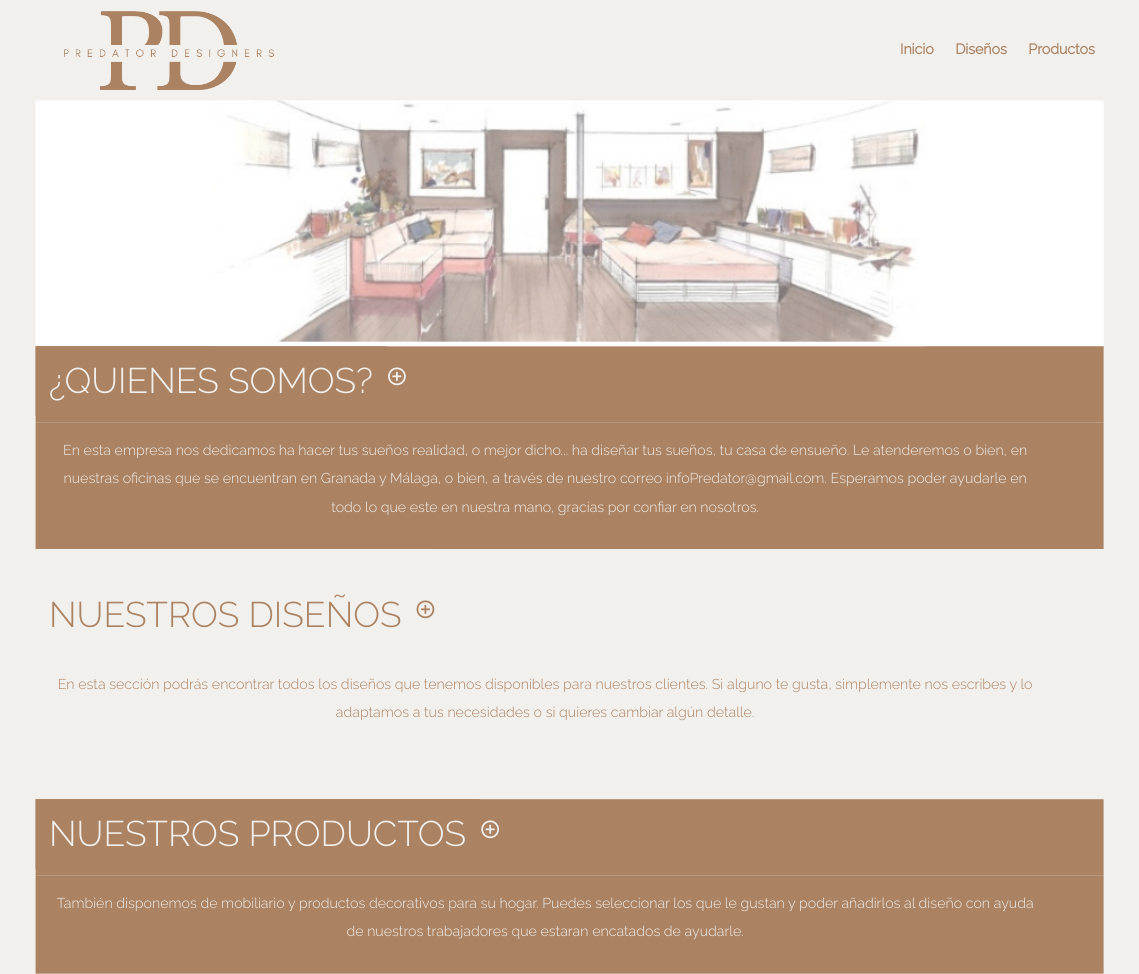
Repository: OmarDvd/proyectoDisenoInterior
Page: index.html
The author's editor kept a record of every edit. The page is drawn from the files as they stood at one moment, then again after the next edit.
The browser window is 1280 px wide. The pictures show the whole page, at 89% of full size.

Above is the page before.

After the next edit:
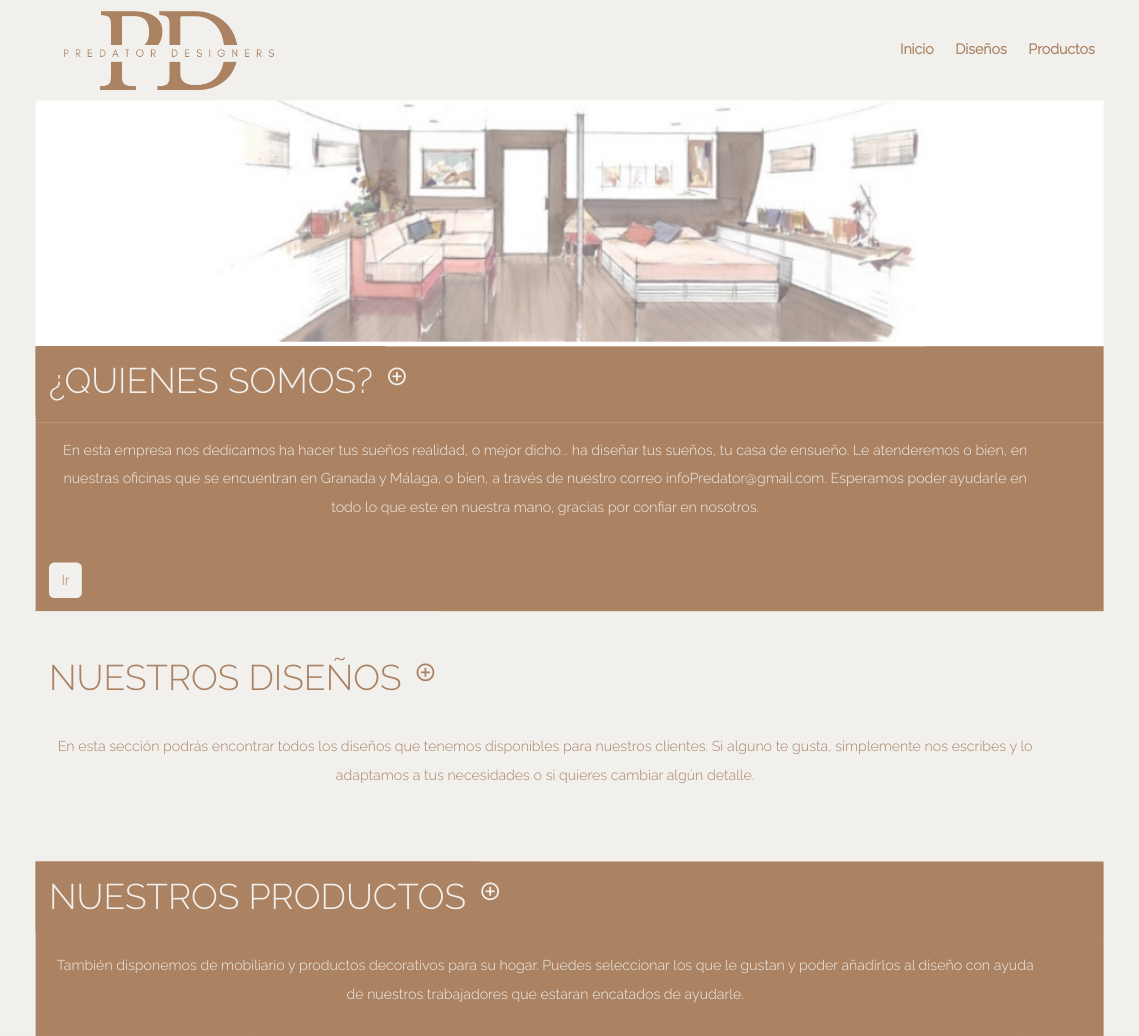
The edit:
--- a/index.html
+++ b/index.html
@@ -41,6 +41,7 @@
                     <div class="marron_texto">
                         <p id="text1">En esta empresa nos dedicamos ha hacer tus sueños realidad, o mejor dicho... ha diseñar tus sueños, tu casa de ensueño. Le atenderemos o bien, en nuestras oficinas que se encuentran en Granada y Málaga, o bien, a través de nuestro correo infoPredator@gmail.com. Esperamos poder ayudarle en todo lo que este en nuestra mano, gracias por confiar en nosotros.
                         </p>
+                        <button type="button" class="btn btn-primary" style="background-color: #F1F0ED; color: #AB8262; font-family: 'Raleway', sans-serif;border: 2px solid #F1F0ED; margin: 15px;">Ir</button>
                     </div>
 
                 </div>
